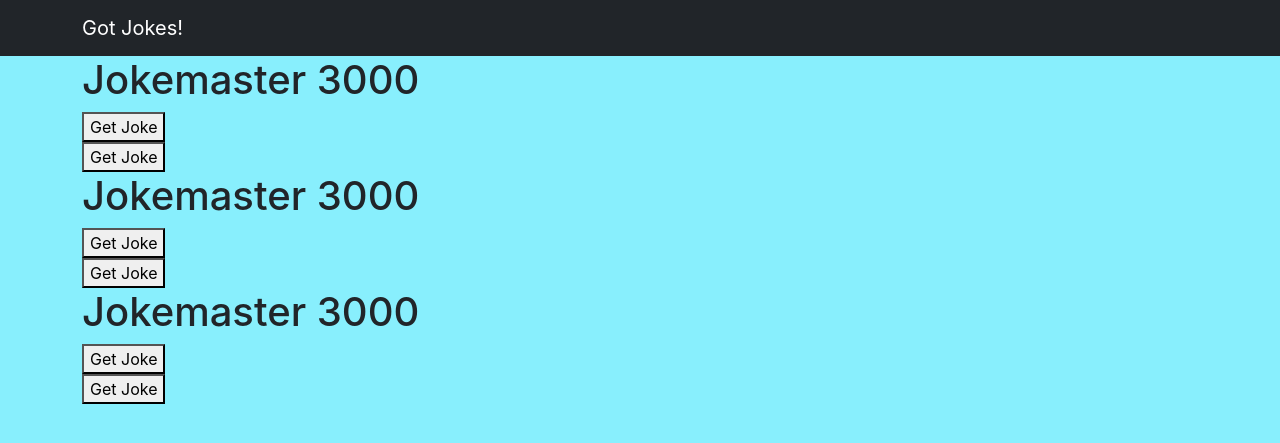
Repository: jontslater/LAB-joke-generator-react
Page: /
These files come from the project's save history. The page is drawn as it stood at one moment and after the next save; the edit follows.
The browser window is 1280 px wide. The pictures show the whole page.
The project was rebuilt for these pictures with package versions that can differ from the ones it lists, and the page was loaded fresh each time. The framework's server and built-in components were replaced by stand-ins that run in the browser. Also part of the build but not shown: next.config.js.

Above is the page before, as saved 2024-01-12 16:23:36.

### pages/_app.js
/* eslint-disable react/prop-types */
import 'bootstrap/dist/css/bootstrap.min.css';
import '../styles/globals.css';
import NavBar from '../components/NavBar';

function MyApp({ Component, pageProps }) {
  return (
    <>
      <NavBar />
      <div className="container">
        <Component {...pageProps} />
      </div>
    </>
  );
}

export default MyApp;

### pages/index.js
import React from 'react';
import Jokes from '../components/Jokes';

function Home() {
  return (
    <>
      <Jokes title="1" />
      <Jokes title="2" />
      <Jokes title="3" />
    </>
  );
}

export default Home;

### components/NavBar.js
/* eslint-disable jsx-a11y/anchor-is-valid */
import React from 'react';
import Link from 'next/link';
import {
  Navbar, Container, Nav,
} from 'react-bootstrap';

export default function NavBar() {
  return (
    <Navbar collapseOnSelect expand="lg" bg="dark" variant="dark">
      <Container>
        <Link passHref href="/">
          <Navbar.Brand>Got Jokes!</Navbar.Brand>
        </Link>
        <Navbar.Toggle aria-controls="responsive-navbar-nav" />
        <Navbar.Collapse id="responsive-navbar-nav">
          <Nav className="me-auto">
            {/* CLOSE NAVBAR ON LINK SELECTION: https://stackoverflow.com/questions/72813635/collapse-on-select-react-bootstrap-navbar-with-nextjs-not-working */}
            {/* <Link passHref href="/">
              <Nav.Link>Home</Nav.Link>
            </Link> */}
          </Nav>
        </Navbar.Collapse>
      </Container>
    </Navbar>
  );
}

### components/Jokes.js
import { useState } from 'react';

function Jokes() {
  const [jokes, setJokes] = useState('FirstCard');

  function getJokes() {
    fetch('https://v2.jokeapi.dev/joke/Programming?safe-mode&type=twopart')
      .then((response) => response.json())
      .then((data) => {
        setJokes(data);
      });
  }

  return (
    <>
      <h1>Jokemaster 3000</h1>
      <div>
        <button type="button" title="1" onClick={(getJokes)}> Get Joke </button>
        {jokes.setup}
      </div>
      <div>
        <button type="button" title="2" onClick={(getJokes)}> Get Joke </button>
        {jokes.delivery}
      </div>
    </>
  );
}

export default Jokes;

Loaded but not shown: styles/globals.css (common file)

After the next save:
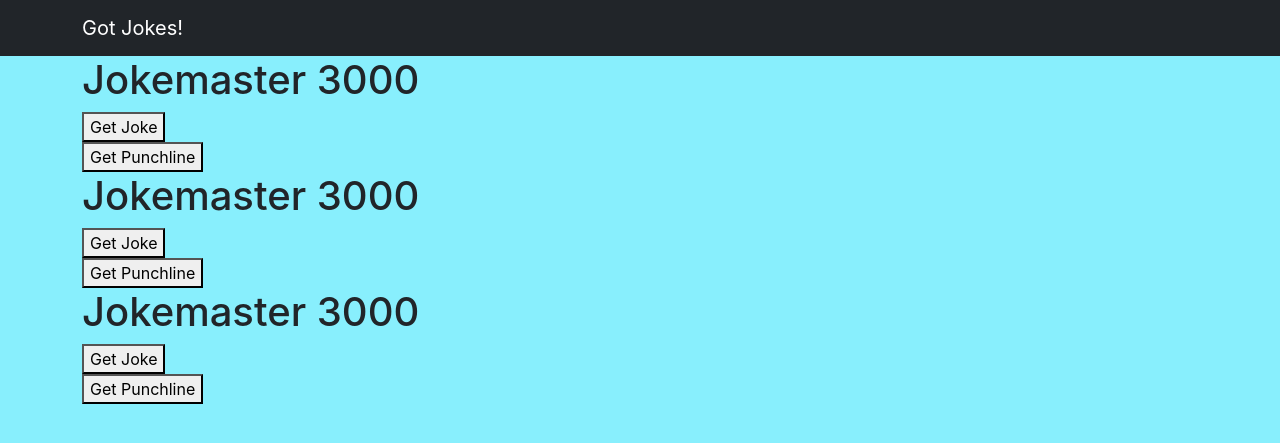
Saved 80 s later.
--- a/components/Jokes.js
+++ b/components/Jokes.js
@@ -19,7 +19,7 @@ function Jokes() {
         {jokes.setup}
       </div>
       <div>
-        <button type="button" title="2" onClick={(getJokes)}> Get Joke </button>
+        <button type="button" title="2" onClick={(getJokes)}> Get Punchline </button>
         {jokes.delivery}
       </div>
     </>
